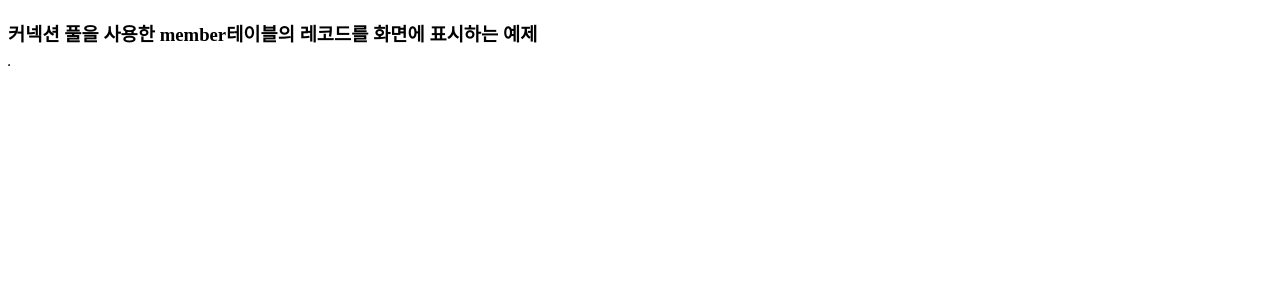
Repository: gugucon-hwan/ForStudyJSP
Page: http://localhost/StudyBasicJSP/ch11/usePool.jsp
An editor plug-in stored every save of this project. The page is shown before and after the next save, followed by the edit.
The browser window is 1280 px wide. The pictures show the whole page.
The page is served by Tomcat 9. Other server files are loaded and not shown.

Above is the page before, as saved 2020-08-21 15:50:42.

### StudyBasicJSP/WebContent/ch11/usePool.jsp
<%@ page language="java" contentType="text/html; charset=UTF-8"
    pageEncoding="UTF-8"%>
<!DOCTYPE html>
<html>
<head>
<meta charset="UTF-8">
<title>커넥션 풀을 사용한 테이블의 레코드를 화면에 표시하는 예제</title>
</head>
<body>
	<h3>커넥션 풀을 사용한 member테이블의 레코드를 화면에 표시하는 예제</h3>
	<table border="1">

	</table>
</body>
</html>

After the next save:
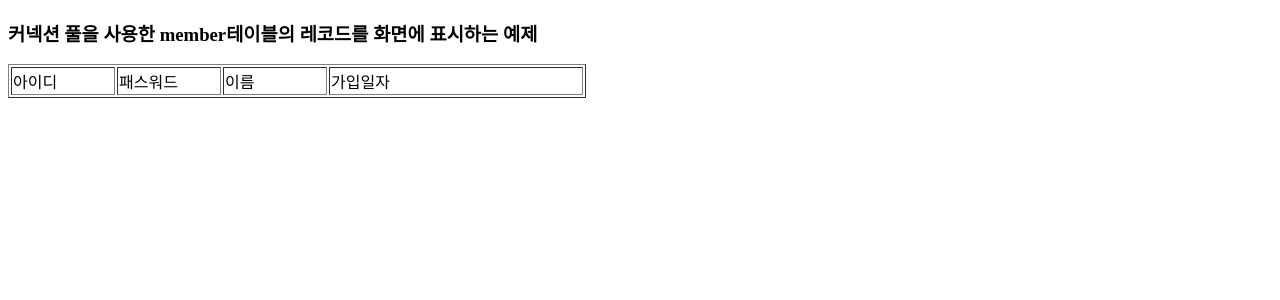
Saved 54 s later.
--- a/StudyBasicJSP/WebContent/ch11/usePool.jsp
+++ b/StudyBasicJSP/WebContent/ch11/usePool.jsp
@@ -9,7 +9,12 @@
 <body>
 	<h3>커넥션 풀을 사용한 member테이블의 레코드를 화면에 표시하는 예제</h3>
 	<table border="1">
-
+		<tr>
+			<td width="100">아이디</td>
+			<td width="100">패스워드</td>
+			<td width="100">이름</td>
+			<td width="250">가입일자</td>
+		</tr>
 	</table>
 </body>
 </html>
